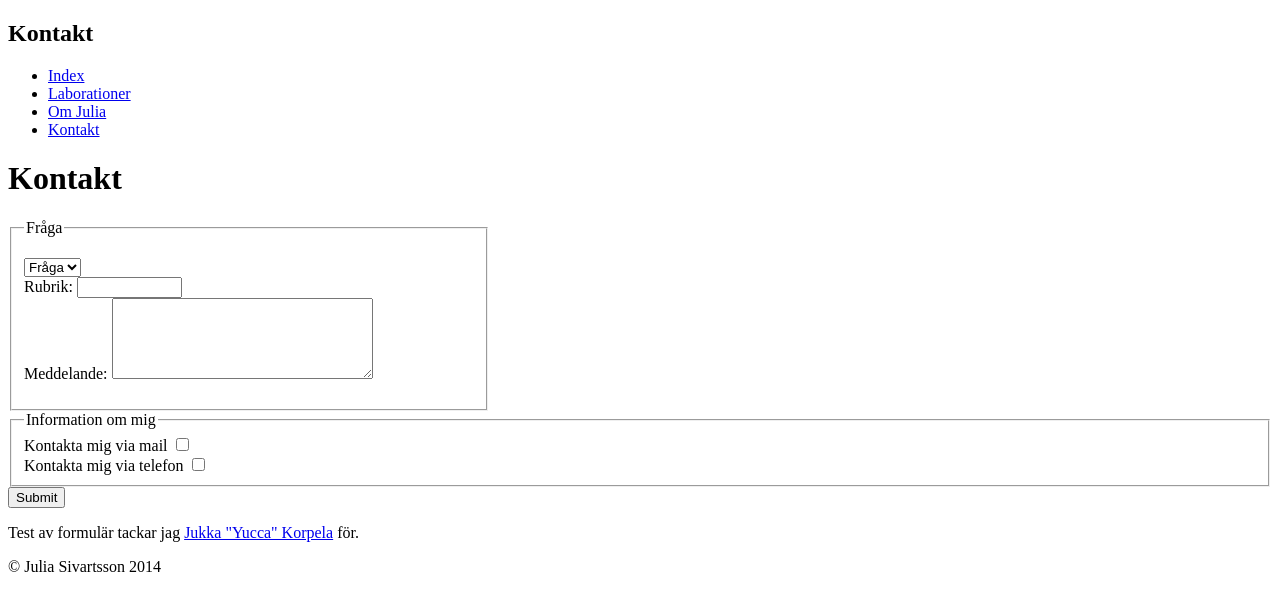
Repository: JuliaSivartsson/1ik415-jsigc09-laborationer
Page: pages/kontakt.html
The author's editor kept a record of every edit. The page is drawn from the files as they stood at one moment, then again after the next edit.
The browser window is 1280 px wide. The pictures show the whole page.

Above is the page before.

### pages/kontakt.html
<!DOCTYPE html>
<html lang="sv">

<head>
<meta charset="UTF-8" />
<!-- Sidans titel -->
<title>Kontakt</title>

</head>
<body>

    <!-- Meny -->
    <!-- Rubrik 2 (lite mindre format) -->
    <h2>Kontakt</h2>
    <ul>
        <li><a href="../index.html">Index</a></li>
        <li><a href="laborationer.html">Laborationer</a></li>
        <li><a href="presentation.html">Om Julia</a></li>
        <li><a href="kontakt.html">Kontakt</a></li>
    </ul>

    <!-- Rubrik 1 -->
    <h1>Kontakt</h1>

    <form id="form" name="form" method="post" action=" http://www.cs.tut.fi/cgi-bin/run/~jkorpela/echoraw.cgi">
    <fieldset style="width: 450px;">
    <legend>Fråga</legend>
        <p><select name="arende" id="arende">
            <option value="fraga"> Fråga </option>
            <option value="asikt"> Åsikt </option>
            <option value="kritik"> Kritik </option>
        </select>
    <br />
        <label for="rubrik">Rubrik:</label>
        <input type="text" name="rubrik" id="rubrik" size="10" />
    <br />
        <label for="meddelande">Meddelande:</label>
        <textarea name="meddelande" id="meddelande" cols="30" rows="5"></textarea>
    </fieldset>

    <fieldset>
    <legend>Information om mig</legend>
    <label for="mail">Kontakta mig via mail</label>
    <input type="checkbox" name="mail" id="mail" value="mail"/><br />
    <label for="telefon">Kontakta mig via telefon</label>
    <input type="checkbox" name="telefon" id="telefon" value="telefon"/><br />
    </fieldset>
    <input type="submit" name="submit" id="submit"/>

    <p>
        Test av formulär tackar jag <a target="_blank" href="http://www.cs.tut.fi/~jkorpela/forms/testing.html">Jukka "Yucca" Korpela</a> för.
    </p>

    <!-- Längst ner på sidan -->
    <footer>
        © Julia Sivartsson 2014
    </footer>

</body>
</html>

After the next edit:
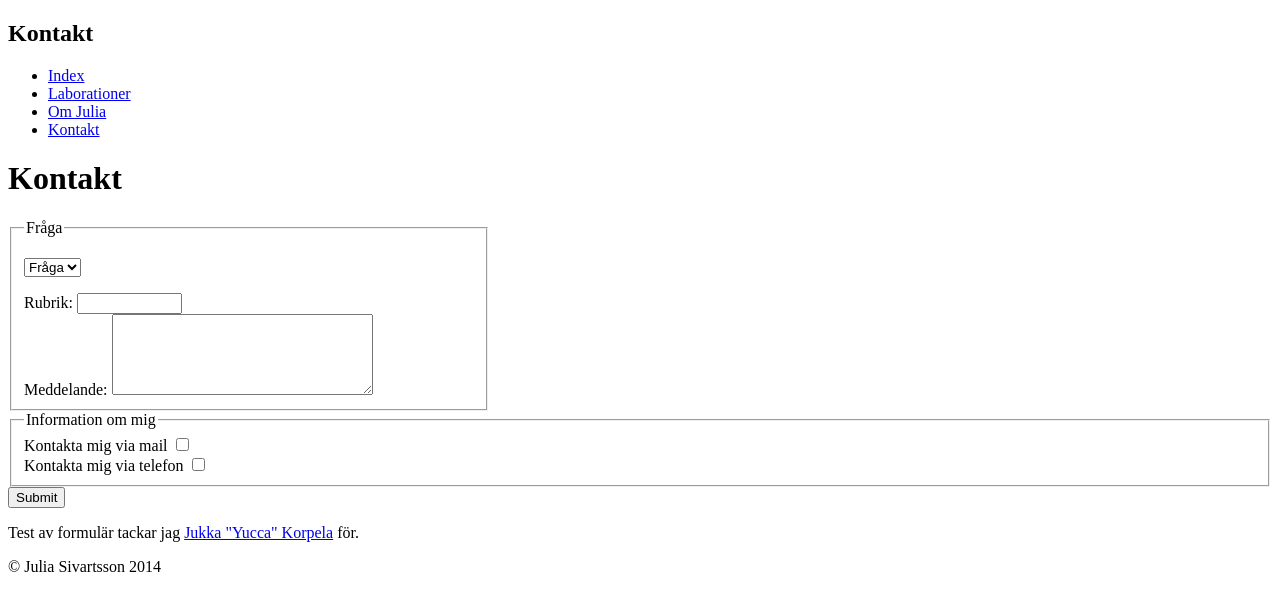
The edit:
--- a/pages/kontakt.html
+++ b/pages/kontakt.html
@@ -29,8 +29,8 @@
             <option value="fraga"> Fråga </option>
             <option value="asikt"> Åsikt </option>
             <option value="kritik"> Kritik </option>
-        </select>
-    <br />
+        </select></p>
+
         <label for="rubrik">Rubrik:</label>
         <input type="text" name="rubrik" id="rubrik" size="10" />
     <br />
